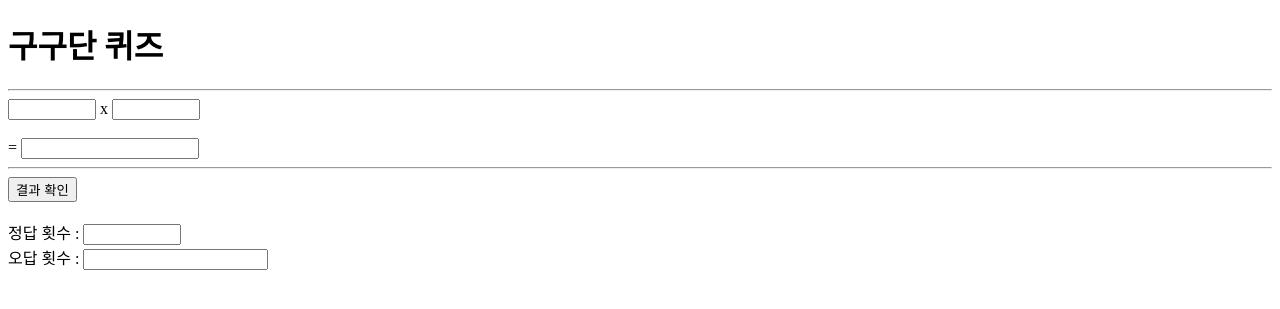
Repository: Baechangho/JavaBasic
Page: workspace_web/Front/src/main/webapp/event/gugudan_quiz.html
The author's editor kept a copy of each file at every save. The page is drawn from the files as they stood at one save, then again after the next save.
The browser window is 1280 px wide. The pictures show the whole page.

Above is the page before, as saved 2023-08-09 00:15:37.

### workspace_web/Front/src/main/webapp/event/gugudan_quiz.html
<!DOCTYPE html>
<html>
<head>
<meta charset="UTF-8">
<title>Insert title here</title>
<style type="text/css">
#n1, #n2{
	width: 80px;
}
#answer{
	width: 170px;
}
#correct{
	width: 90px;
}
</style>
<script type="text/javascript">

</script>
</head>
<body>

<!-- Math.random() 함수 이용하여 숫자 2개 생성하기 -->
<!-- 사용자의 입력 받기 -->
<!-- "결과 확인"버튼을 눌렀을 때 정답/오답 판단 결과 적용 -->
<!-- ** 태그 내용 수정해도 괜찮음 -->

<h1>구구단 퀴즈</h1>
<hr>

<input type="text" id="n1"> x <input type="text" id="n2"><br><br>
= <input type="text" id="answer">

<hr>

<input type="button" value="결과 확인" id="calc"><br><br>

정답 횟수 : <input type="text" id="correct"><br>
오답 횟수 : <input type="text" id="incorrect">

</body>
</html>

After the next save:
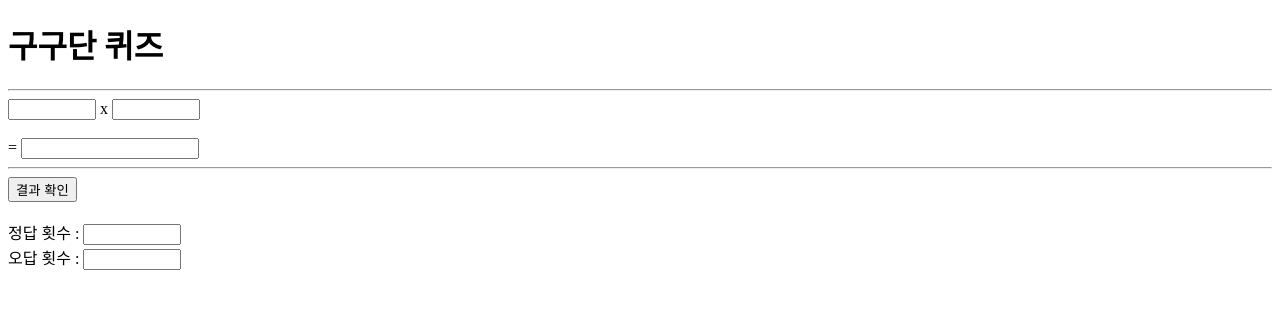
Saved 12 s later.
--- a/workspace_web/Front/src/main/webapp/event/gugudan_quiz.html
+++ b/workspace_web/Front/src/main/webapp/event/gugudan_quiz.html
@@ -10,7 +10,7 @@
 #answer{
 	width: 170px;
 }
-#correct{
+#correct, #incorrect{
 	width: 90px;
 }
 </style>
